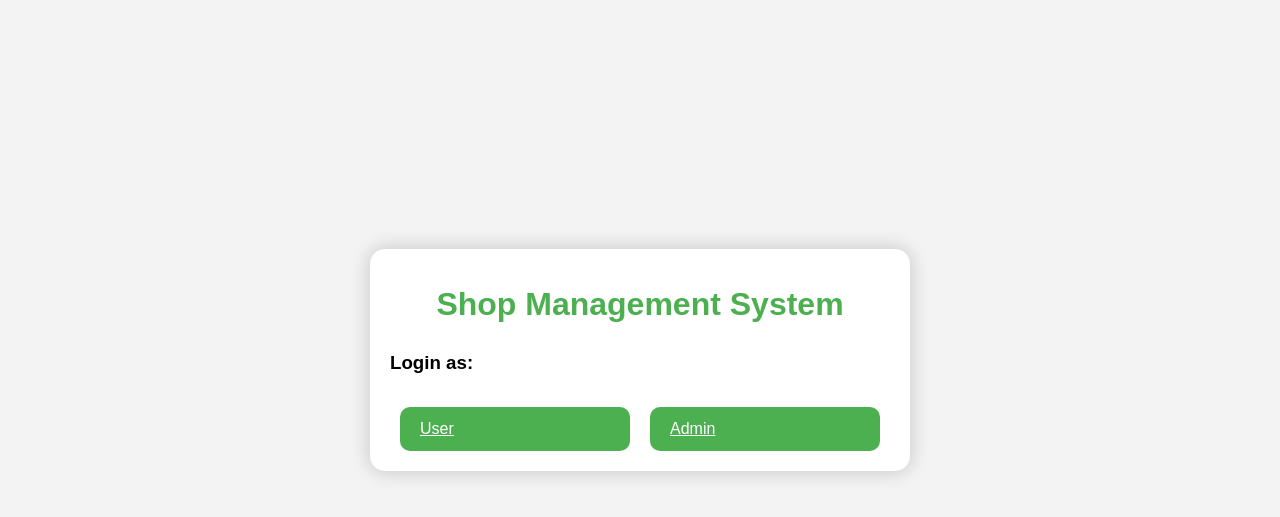
Repository: shamchiwade/GroceryNow
Page: http://localhost/ShopManagement/
These files come from the project's save history. The page is drawn as it stood at one moment and after the next save; the edit follows.
The browser window is 1280 px wide. The pictures show the whole page.
The page is served by Tomcat 10. Nobody is signed in. The application's start-up code is not run. Other server files are loaded and not shown.

Above is the page before, as saved 2024-10-09 21:22:30.

### ShopManagement/src/main/webapp/index.jsp
<html>
<head>
    <title>Shop Management System - Index</title>
    <link rel="stylesheet" href="style.css">
</head>
<body>
    <div class="main">
        <h1>Shop Management System</h1>
        <h3>Login as:</h3>
        <div class="options">

            <a href="login.jsp" class="btn">User</a>

            <a href="adminLogin.jsp" class="btn">Admin</a>

        </div>
    </div>
</body>
</html>

### ShopManagement/src/main/webapp/style.css
@charset "UTF-8";

body {
	display: flex;
	align-items: center;
	justify-content: center;
	font-family: sans-serif;
	line-height: 1.5;
	min-height: 100vh;
	background: #f3f3f3;
	flex-direction: column;
	margin: 0;
}

.main {
	background-color: #fff;
	border-radius: 15px;
	box-shadow: 0 0 20px rgba(0, 0, 0, 0.2);
	padding: 10px 20px;
	transition: transform 0.2s;
	width: 500px;
	/* text-align: center; */
}

h1 {
	color: #4CAF50;
	text-align: center;
}

label {
	display: block;
	width: 80%;
	margin-top: 10px;
	margin-bottom: 5px;
	text-align: left;
	color: #555;
	font-weight: bold;
}

input {
	display: block;
	width: 100%;
	margin-bottom: 15px;
	padding: 10px;
	box-sizing: border-box;
	border: 1px solid #ddd;
	border-radius: 5px;
}

button {
	padding: 15px;
	border-radius: 10px;
	margin-top: 15px;
	margin-bottom: 15px;
	border: none;
	color: white;
	cursor: pointer;
	background-color: #4CAF50;
	width: 100%;
	font-size: 16px;
}

.wrap {
	display: flex;
	justify-content: center;
	align-items: center;
}

.options {
	display: flex;
	justify-content: space-between;
	margin-top: 20px;
}

.btn {
	padding: 10px 20px;
	border-radius: 10px;
	border: none;
	color: white;
	cursor: pointer;
	background-color: #4CAF50;
	width: 45%;
	font-size: 16px;
	margin: 10px;
}

.btn:hover {
	background-color: #3e8e41;
}

.pass {
	width: 60px;
	text-align: center;
	padding: 10px;
	margin: 10px;
	float: right;
}

After the next save:
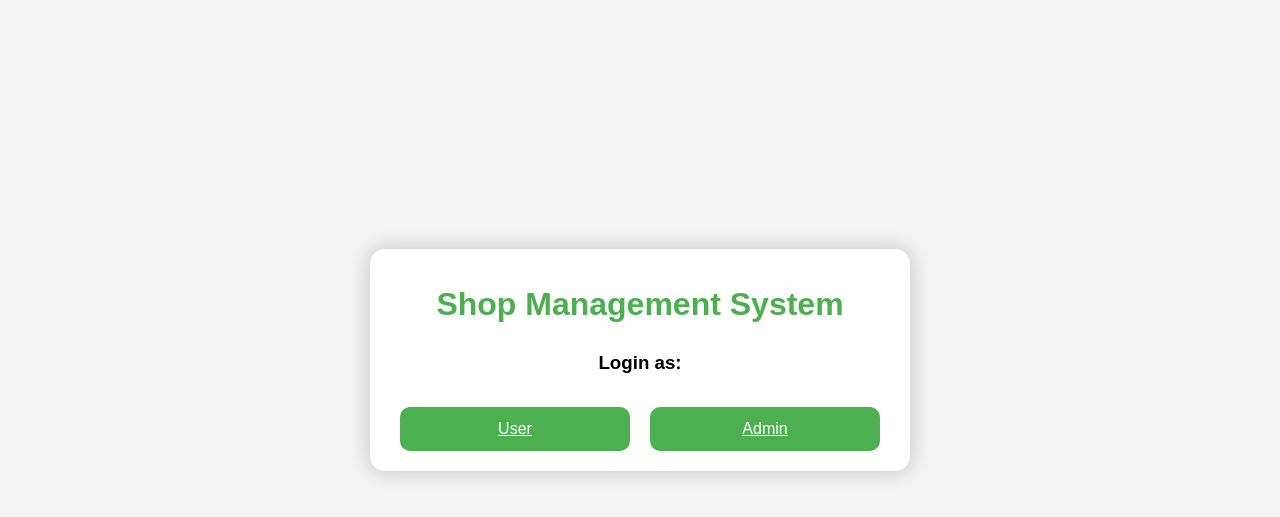
Saved 14 min 40 s later.
--- a/ShopManagement/src/main/webapp/style.css
+++ b/ShopManagement/src/main/webapp/style.css
@@ -19,7 +19,7 @@
 	padding: 10px 20px;
 	transition: transform 0.2s;
 	width: 500px;
-	/* text-align: center; */
+	text-align: center;
 }
 
 h1 {
@@ -35,6 +35,7 @@
 	text-align: left;
 	color: #555;
 	font-weight: bold;
+	float: left;
 }
 
 input {
